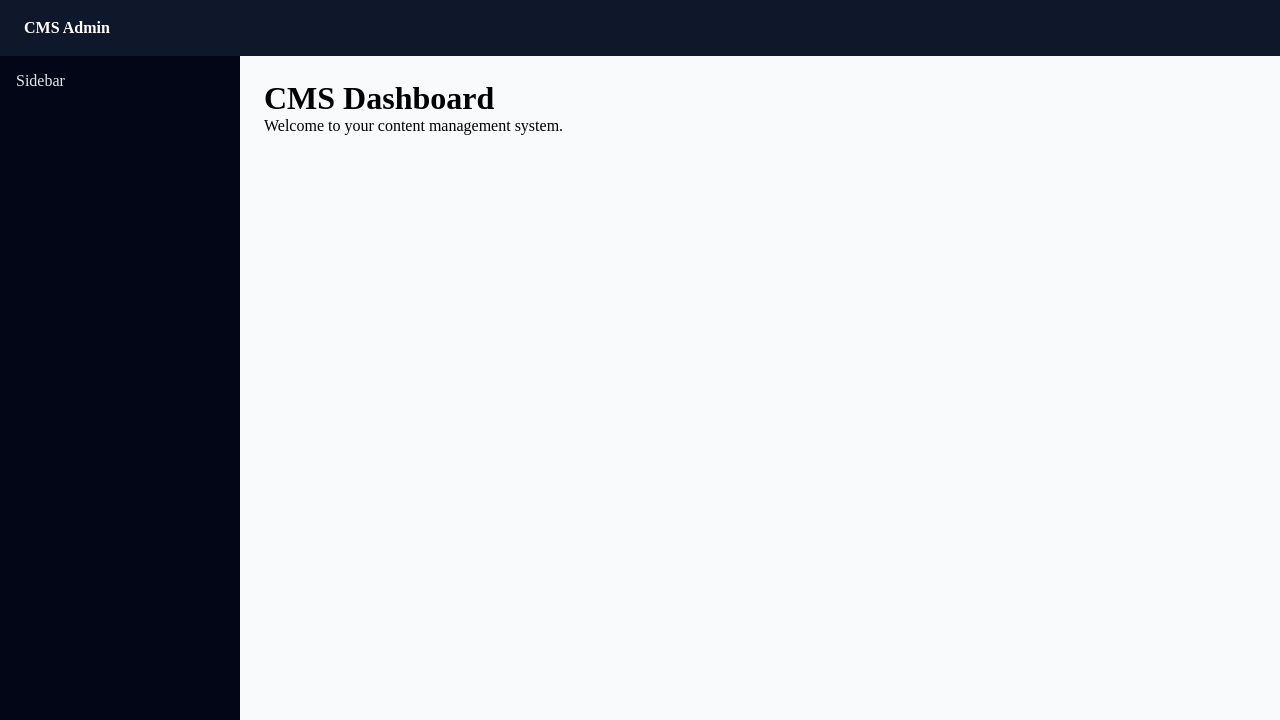
Repository: rajendratamang/react-dashboard
Page: /
The author's editor kept a copy of each file at every save. The page is drawn from the files as they stood at one save, then again after the next save.
The browser window is 1280 px wide. The pictures show the whole page.
The project was rebuilt for these pictures with package versions that can differ from the ones it lists, and the page was loaded fresh each time. Also part of the build but not shown: vite.config.ts.

Above is the page before, as saved 2026-01-16 20:18:13.

### src/App.tsx
import MainLayout from "./layouts/MainLayout";
import Dashboard from "./pages/Dashboard";

function App() {
  return (
    <MainLayout>
      <Dashboard />
    </MainLayout>
  );
}

export default App;

### src/index.css
* {
  margin: 0;
  padding: 0;
  box-sizing: border-box;
}

html, body, #root {
  height: 100%;
  width: 100%;
}

### src/layouts/MainLayout.tsx
import { ReactNode } from "react";

type MainLayoutProps = {
  children: ReactNode;
};

export default function MainLayout({ children }: MainLayoutProps) {
  return (
    <div
      style={{
        height: "100%",
        width: "100%",
        display: "flex",
        flexDirection: "column"
      }}
    >
      {/* Header */}
      <header
        style={{
          height: "56px",
          width: "100%",
          backgroundColor: "#0f172a",
          color: "#ffffff",
          display: "flex",
          alignItems: "center",
          paddingLeft: "24px",
          fontWeight: 600
        }}
      >
        CMS Admin
      </header>

      {/* Body */}
      <div
        style={{
          flex: 1,
          display: "flex",
          width: "100%",
          overflow: "hidden"
        }}
      >
        {/* Sidebar */}
        <aside
          style={{
            width: "240px",
            backgroundColor: "#020617",
            color: "#e5e7eb",
            padding: "16px"
          }}
        >
          Sidebar
        </aside>

        {/* Main Content */}
        <main
          style={{
            flex: 1,
            backgroundColor: "#f8fafc",
            overflowY: "auto"
          }}
        >
          {children}
        </main>
      </div>
    </div>
  );
}

### src/pages/Dashboard.tsx
export default function Dashboard() {
  return (
    <div style={{ padding: "24px" }}>
      <h1>CMS Dashboard</h1>
      <p>Welcome to your content management system.</p>
    </div>
  );
}

Loaded but not shown: index.html (common file); src/main.tsx (common file)

After the next save:
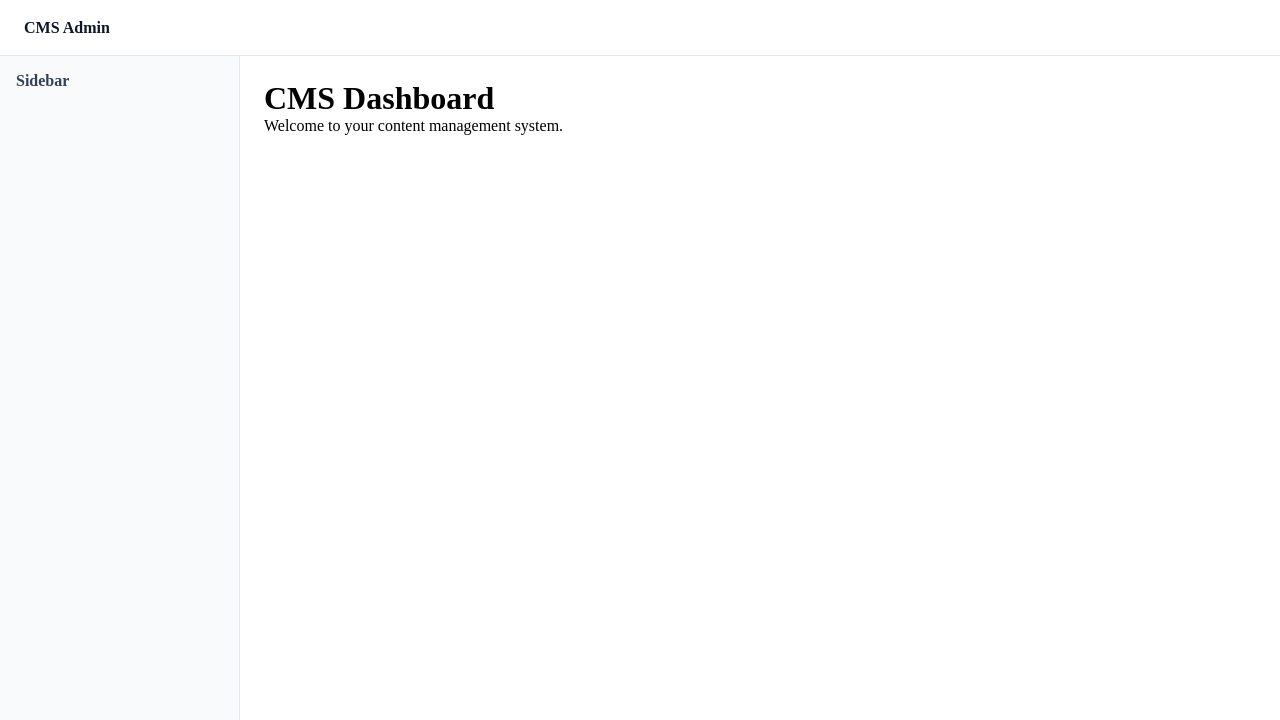
Saved 36 s later.
--- a/src/layouts/MainLayout.tsx
+++ b/src/layouts/MainLayout.tsx
@@ -11,7 +11,8 @@
         height: "100%",
         width: "100%",
         display: "flex",
-        flexDirection: "column"
+        flexDirection: "column",
+        backgroundColor: "#f1f5f9" // overall app background
       }}
     >
       {/* Header */}
@@ -19,12 +20,13 @@
         style={{
           height: "56px",
           width: "100%",
-          backgroundColor: "#0f172a",
-          color: "#ffffff",
+          backgroundColor: "#ffffff",
+          borderBottom: "1px solid #e2e8f0",
           display: "flex",
           alignItems: "center",
-          paddingLeft: "24px",
-          fontWeight: 600
+          padding: "0 24px",
+          fontWeight: 600,
+          color: "#0f172a"
         }}
       >
         CMS Admin
@@ -43,19 +45,20 @@
         <aside
           style={{
             width: "240px",
-            backgroundColor: "#020617",
-            color: "#e5e7eb",
-            padding: "16px"
+            backgroundColor: "#f8fafc",
+            borderRight: "1px solid #e2e8f0",
+            padding: "16px",
+            color: "#334155"
           }}
         >
-          Sidebar
+          <strong>Sidebar</strong>
         </aside>
 
         {/* Main Content */}
         <main
           style={{
             flex: 1,
-            backgroundColor: "#f8fafc",
+            backgroundColor: "#ffffff",
             overflowY: "auto"
           }}
         >

After the save that followed:
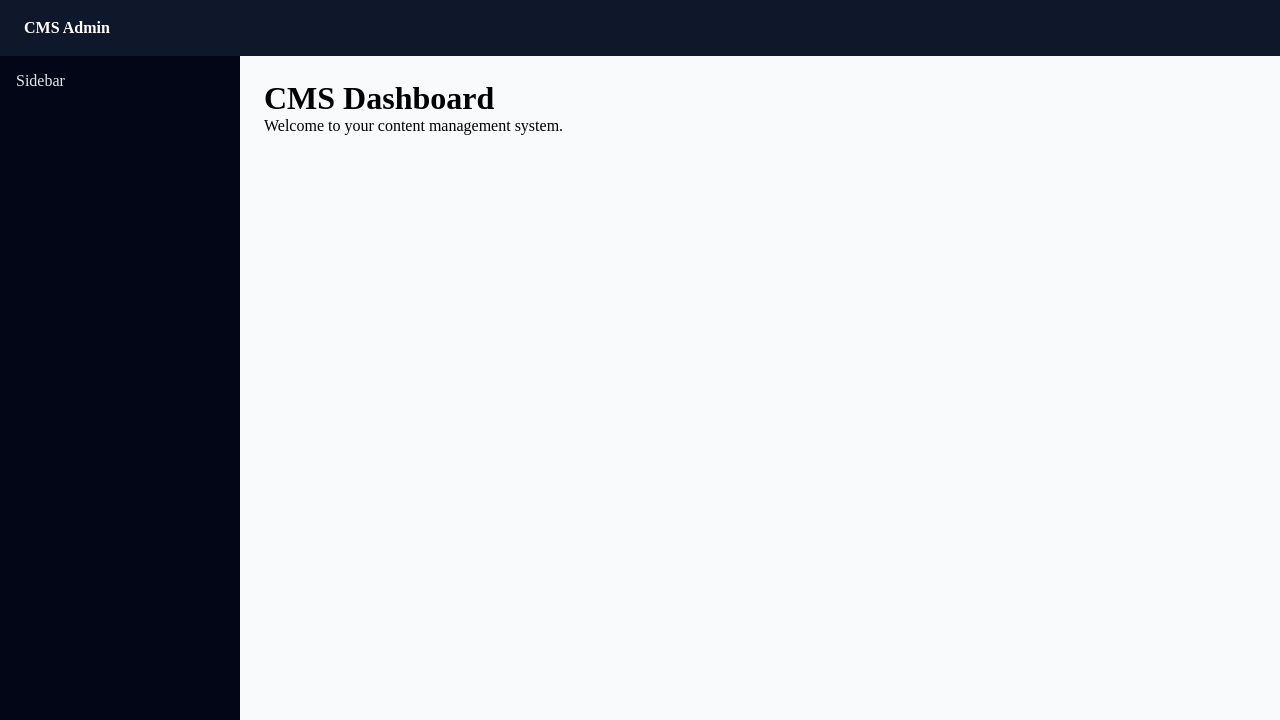
Saved 4 s later.
--- a/src/layouts/MainLayout.tsx
+++ b/src/layouts/MainLayout.tsx
@@ -11,8 +11,7 @@
         height: "100%",
         width: "100%",
         display: "flex",
-        flexDirection: "column",
-        backgroundColor: "#f1f5f9" // overall app background
+        flexDirection: "column"
       }}
     >
       {/* Header */}
@@ -20,13 +19,12 @@
         style={{
           height: "56px",
           width: "100%",
-          backgroundColor: "#ffffff",
-          borderBottom: "1px solid #e2e8f0",
+          backgroundColor: "#0f172a",
+          color: "#ffffff",
           display: "flex",
           alignItems: "center",
-          padding: "0 24px",
-          fontWeight: 600,
-          color: "#0f172a"
+          paddingLeft: "24px",
+          fontWeight: 600
         }}
       >
         CMS Admin
@@ -45,20 +43,19 @@
         <aside
           style={{
             width: "240px",
-            backgroundColor: "#f8fafc",
-            borderRight: "1px solid #e2e8f0",
-            padding: "16px",
-            color: "#334155"
+            backgroundColor: "#020617",
+            color: "#e5e7eb",
+            padding: "16px"
           }}
         >
-          <strong>Sidebar</strong>
+          Sidebar
         </aside>
 
         {/* Main Content */}
         <main
           style={{
             flex: 1,
-            backgroundColor: "#ffffff",
+            backgroundColor: "#f8fafc",
             overflowY: "auto"
           }}
         >
